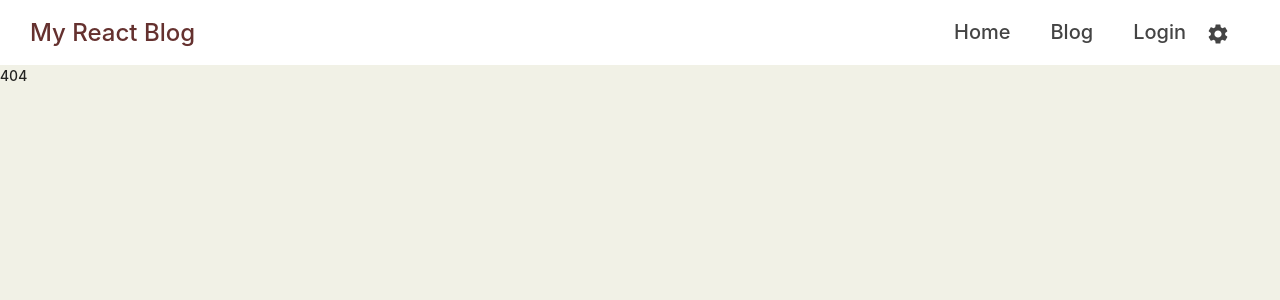
Repository: Kaycee-attah/react_blog
Page: /
The author's editor kept a copy of each file at every save. The page is drawn from the files as they stood at one save, then again after the next save.
The browser window is 1280 px wide. The pictures show the whole page.
The project was rebuilt for these pictures with package versions that can differ from the ones it lists, and the page was loaded fresh each time.

Above is the page before, as saved 2021-10-09 19:55:10.

### src/index.js
import React from 'react';
import ReactDOM from 'react-dom';
import App from './App';
import reportWebVitals from './reportWebVitals';
import './assets/scss/base.scss';
import 'antd/dist/antd.css';
import "@quasar/extras/ionicons-v4/ionicons-v4.css";

ReactDOM.render(
  <React.StrictMode>
    <App />
  </React.StrictMode>,
  document.getElementById('root')
);

// If you want to start measuring performance in your app, pass a function
// to log results (for example: reportWebVitals(console.log))
// or send to an analytics endpoint. Learn more: https://bit.ly/CRA-vitals
reportWebVitals();

### src/App.js
import React, { useState, useEffect } from "react";
import Navigation from "./components/navigation";
import {BrowserRouter as Router, Switch, Route, Redirect} from 'react-router-dom';
import PageRenderer from "./page-renderer";
import {usersSelectedModeContext} from "./contexts/usersSelectedModeContext";
import {sidebarContext} from "./contexts/sidebarContext";
import { settingsContext } from "./contexts/settingsContext";
import {SwipeProvider} from "./contexts/swipeContext";

function App() {
  const [darkMode, setDarkMode] =useState(getInitialMode());
  const [menuActive, setMenuActive] = useState(false);
  const [settingsMenu, setSettingsMenu] = useState(false);
  useEffect(() => {
    localStorage.setItem('darkMode', JSON.stringify(darkMode));
    // return () => {
    //     cleanup
    // }
}, [darkMode])

function getInitialMode() {
    const savedMode = JSON.parse(localStorage.getItem('darkMode'));
    return savedMode || false;
};
  return (
    <Router>
      <div className={darkMode ? "App-darkMode" : "App-lightMode"}>
        <usersSelectedModeContext.Provider value={{darkMode, setDarkMode}}>
          <sidebarContext.Provider value={{menuActive, setMenuActive}}>
            < settingsContext.Provider value={{settingsMenu, setSettingsMenu}} >
              <SwipeProvider>
                <Navigation/>
                <Switch>
                  <Route path="/:page" component={PageRenderer} />
                  <Route path="/" render={() => <Redirect to="/home" />} />
                  <Route component={() => 404} />
                </Switch>
              </SwipeProvider>
            </settingsContext.Provider>
          </sidebarContext.Provider>
        </usersSelectedModeContext.Provider>
      </div>
    </Router>

  );
}

export default App;

### src/assets/scss/base.scss
 @import './_variables';
 @import './_navigation';

 .App-darkMode {
    background-color: #1b2938;
 };

 .App-darkMode nav{
    background-color: #1b2938;
 };

 .App-darkMode nav .settings-dropDown-Menu-Card-true .settings-dropDown-Menu{
    background-color: #1b2938;
 };

 @media screen and (max-width: 900px) {
   .App-darkMode nav .menu-content-container {
      background-color: #1b2938;
   }
 }

 html body{
     font-family: -apple-system, BlinkMacSystemFont, 'Segoe UI', Roboto, Oxygen, Ubuntu, Cantarell, 'Open Sans', 'Helvetica Neue', sans-serif;
     font-weight: 500;
     margin: 0;
     background-color: $body-background-color;
 };

### src/components/navigation.js
import React, { useContext } from "react";
import { IoIosMenu } from "react-icons/io"
import { Sidebar } from "./Sidebar";
import { sidebarContext } from "../contexts/sidebarContext";
import { useSwipe } from "../contexts/swipeContext";
import { AiOutlineMore } from "react-icons/ai";
import { MdOutlineMenuOpen } from "react-icons/md";
import { settingsContext } from "../contexts/settingsContext";
import { Avatar } from 'antd';
import { UserOutlined } from '@ant-design/icons';
import { MdLightMode, MdNightlight } from "react-icons/md";
import { usersSelectedModeContext } from "../contexts/usersSelectedModeContext";

export default function Navigation(){
    const {menuActive, setMenuActive} = useContext(sidebarContext);
    const {settingsMenu, setSettingsMenu} = useContext(settingsContext);
    const {darkMode, setDarkMode} = useContext(usersSelectedModeContext);
    const { handleTouchStart } = useSwipe();
    const { handleTouchEnd } = useSwipe();
    const { handleTouchMove } = useSwipe();

    function handleMore() {
        setSettingsMenu(!settingsMenu);
    };
    return(

        <nav onTouchStart={handleTouchStart} onTouchEnd={handleTouchEnd} onTouchMove={handleTouchMove} className='Blog-Navigation'>
            <span onClick={() => setMenuActive(!menuActive)} className={`menu-icon ${!menuActive && 'active'}`}>
                <IoIosMenu style={{display: !menuActive ? "flex" : "none", color: menuActive ? "#65312F" : "null"}}/>
                <MdOutlineMenuOpen style={{display: menuActive ? "flex" : "none", color: menuActive ? "#092c3e" : "null"}}/>
            </span>
            <span className="menu-title">My React Blog</span>
            <span className={`more-icon`} onClick={handleMore}>
                <AiOutlineMore />
            </span>
            <div className={`more-icon-dropDown-Menu-Card-${settingsMenu}`}>
                        <div className="more-icon-dropDown-Menu">
                            <div className="users-avatar">
                                <Avatar icon={<UserOutlined />} size={38}/>
                                <span className="users-avatar-name">Attah Kelechi</span>
                            </div>
                            <div className="toggle-mode-wrapper">
                                <div className="toggle-mode-container">
                                    <MdLightMode />
                                    <label>
                                        <input checked={darkMode} type="checkbox"/>
                                        <span onClick={() => setDarkMode(prevMode => !prevMode)} className="check"></span>
                                    </label>
                                    <MdNightlight />
                                </div>
                            </div>
                        </div>
                    </div>
            <Sidebar />
        </nav>
    )
}

### src/page-renderer.js
import React from 'react';
import { useRouteMatch } from 'react-router-dom';

const generatePage = page => {
    const component = () => require(`./pages/${page}`).default

/*---------            this generates each page dynamically         ---------*/
    try {
        return React.createElement(component())
    } catch (error) {
        console.warn(error);
 /*---------            this creates the 404 page seen         ---------*/
        return React.createElement(() => 404)
    }
}

export default function PageRenderer() {

    const {
        params: { page }
    } = useRouteMatch()

    return generatePage(page)
}

### src/contexts/usersSelectedModeContext.js
import { createContext } from "react";

export const usersSelectedModeContext = createContext(null);

### src/contexts/sidebarContext.js
import { createContext } from "react";

export const sidebarContext = createContext(false);

### src/contexts/settingsContext.js
import { createContext } from "react";

export const settingsContext = createContext(null);

### src/contexts/swipeContext.js
import React, { useContext, useState } from 'react';
import { sidebarContext } from './sidebarContext';

const SwipeAbleContext = React.createContext();

export function useSwipe() {
    return useContext(SwipeAbleContext);
}

export function SwipeProvider({ children }) {
    const {menuActive, setMenuActive} = useContext(sidebarContext);
    const [touchStart, setTouchStart] = useState(0);
    const [touchEnd, setTouchEnd] = useState(0);

    function handleTouchStart(e) {
        setTouchStart(e.targetTouches[0].clientX)
    };

    function handleTouchMove(e) {
        setTouchEnd(e.targetTouches[0].clientX)
    };

    function handleTouchEnd() {
        if(touchStart - touchEnd > 150 && menuActive) {
            setMenuActive(false)

        }

        if(touchStart - touchEnd < -150 && !menuActive) {
            setMenuActive(true);

        }
    }


    const value = {
        handleTouchStart,
        handleTouchEnd,
        handleTouchMove
    }

    return (
        <SwipeAbleContext.Provider value={value}>
            {children}
        </SwipeAbleContext.Provider>
    )
}

### src/assets/scss/_variables.scss
/*      ----------      all colors for different points in the appliation(normal screen size eg laptops)      -----------------------------------------      */
$body-background-color: #F1F1E6;
$title-text-color: #65312F;
$text-color: #65312F;
$input-type-checkbox-Checked: #f8f8f8;
$navigation-link-color-onHover: #2997ff;
$navigation-link-color: #444;
$navigation-background-color: white;
$settings-dropDown-Menu-Card-backGroundColor: #f8f8f8;
$settings-dropDown-Menu-backGroundColor: white;
$toggle-checkbox-darkMode-backgroundColor: #092c3e;
$toggle-checkbox-lightMode-backgroundColor: #f8f8f8;
$toggle-checkbox-lightMode-check-before-backgroundColor: #f8f8f8;
$toggle-checkbox-darkMode-check-after-backgroundColor: #092c3e;

/*      ----------      all colors for different points in the appliation(smaller screen sizes eg mobile devies, tablets)      -----------------------------------------      */
$sideBar-backgroundColor: #65312F;
$text-colors-for-smaller-screen-sizes: #ffffff;

### src/assets/scss/_navigation.scss
.Blog-Navigation {
    height: 65px;
    width: 100%;
    background: $navigation-background-color;
    display: flex;
    justify-content: space-between;
    color: $navigation-link-color;

    .more-icon {
        display: none;
    };

    .more-icon-dropDown-Menu-Card-true {
        display: none;
    };

    .more-icon-dropDown-Menu-Card-false {
        display: none;
    }

    .menu-title {
        font-size: 24px;
        font-weight: 500;
        display: flex;
        align-items: center;
        margin-left: 30px;
        color: $title-text-color;
    };

    .menu-content-container {
        display: flex;
        align-items: center;
        padding-right: 30px;
        ul {
            height: 100%;
            margin-block-start: 0;
            margin-block-end: 0;
            padding-inline-start: 0;
            display: flex;
            align-items: center;
            list-style-type: none;
            padding-right: 20px;

            a {
                text-decoration: none;
                padding: 0 20px 0 20px;
                font-size: 20px;
                color: $navigation-link-color;

                &:hover {
                    color: $navigation-link-color-onHover;
                };

            };

            .settings-icon {
                margin-top: 10px;
                font-size: 24px;
                font-weight: 500;
                position: relative;
            };

            .settings-dropDown-Menu-Card-true {
                background-color: $settings-dropDown-Menu-Card-backGroundColor;
                position: absolute;
                display: flex;
                justify-content: center;
                align-items: center;
                height: 150px;
                width: 20%;
                right: 1%;
                top: 65px;
                border-radius: 7px;


                .settings-dropDown-Menu {
                    background-color: $settings-dropDown-Menu-backGroundColor;
                    height: 84%;
                    width: 94%;
                    display: flex;
                    flex-direction: column;
                    justify-content: space-around;
                    align-items: center;
                    border-radius: 7px;
                    box-sizing: border-box;
                    box-shadow: 0 9px 12px rgba(0, 0, 0, 0.16), 0 3px 6px rgba(0, 0, 0, 0.23);

                    .users-avatar {
                        padding-top: 8px;
                        display: flex;
                        flex-direction: column;
                        justify-content: space-around;
                        align-items: center;
                        height: 60%;
                        width: 100%;

                        .ant-avatar {
                            border: 1px solid
                        };
                        .ant-avatar-icon {
                            margin: 0;

                            .anticon {
                                margin: 3.3px
                            }
                        }
                        .users-avatar-name {
                            font-size: 16.5px
                        };
                    };

                    .toggle-mode-wrapper {
                        height: 100%;
                        width: 100%;
                        display: flex;
                        justify-content: center;
                        align-items: center;

                        .toggle-mode-container {
                            height: 100%;
                            width: 80%;
                            display: flex;
                            flex-direction: row;
                            justify-content: space-around;
                            align-items: center;
                            border-top: 3px solid #f5f2f2;
                            padding-top: 4px;

                            input[type="checkbox"] {
                                -webkit-appearance: none;
                                visibility: hidden;
                                display: none;
                            };

                            .check {
                                position: relative;
                                display: block;
                                width: 40px;
                                height: 20px;
                                background: $toggle-checkbox-darkMode-backgroundColor;
                                cursor: pointer;
                                border-radius: 20px;
                                overflow: hidden;
                                transition: ease-in 0.5s
                            };

                            input[type="checkbox"]:checked ~ .check {
                                background: $input-type-checkbox-Checked;
                            };

                            .check:before {
                                content: "";
                                position: absolute;
                                top: 2px;
                                left: 2px;
                                background: $toggle-checkbox-lightMode-check-before-backgroundColor;
                                width: 16px;
                                height: 16px;
                                border-radius: 50%;
                                transition: 0.5s
                            };

                            input[type="checkbox"]:checked ~ .check:before {
                                transform: translateX(20px)
                            };

                            .check::after {
                                content: "";
                                position: absolute;
                                top: 2px;
                                left: 2px;
                                background: $toggle-checkbox-darkMode-check-after-backgroundColor;
                                width: 16px;
                                height: 16px;
                                border-radius: 50%;
                                transition: 0.5s;
                                transform: translateX(-20px)
                            };

                            input[type="checkbox"]:checked ~ .check::after {
                                transform: translateX(20px)
                            }
                        };
                    };
                };
            };

            .settings-dropDown-Menu-Card-false {
                display: none;
            };
        };
    };

    .menu-icon {
        margin-top: 10px;
        font-size: 33px;
        display: none;
        cursor: pointer
    };

};

@media screen and (max-width: 900px) {
    .Blog-Navigation {
        // position: relative;
        color: $text-colors-for-smaller-screen-sizes;

        .menu-icon {
            display: flex;
            margin-left: 10px;
            margin-top: 0;
            justify-content: flex-end;
            align-items: center;
            position: relative;
            color: $text-color;

            // &.active {
            //     display: flex;
            //     margin-left: 10px;
            //     margin-top: 0;
            //     justify-content: flex-end;
            //     align-items: center;

            // };
        };

        .menu-title {
            margin-left: 0;


        };
        .more-icon {
            display: flex;
            font-size: 32px;
            justify-content: center;
            align-items: center;
            margin-right: 10px;
            position: relative;
            cursor: pointer;
        };

        .more-icon-dropDown-Menu-Card-true {
            background-color: $settings-dropDown-Menu-Card-backGroundColor;
            position: absolute;
            display: flex;
            justify-content: center;
            align-items: center;
            height: 150px;
            width: 50%;
            right: 1%;
            top: 65px;
            border-radius: 7px;


            .more-icon-dropDown-Menu {
                background-color: $settings-dropDown-Menu-backGroundColor;
                height: 84%;
                width: 94%;
                display: flex;
                flex-direction: column;
                justify-content: space-around;
                align-items: center;
                border-radius: 7px;
                box-sizing: border-box;
                box-shadow: 0 9px 12px rgba(0, 0, 0, 0.16), 0 3px 6px rgba(0, 0, 0, 0.23);

                .users-avatar {
                    padding-top: 8px;
                    display: flex;
                    flex-direction: column;
                    justify-content: space-around;
                    align-items: center;
                    height: 60%;
                    width: 100%;

                    .ant-avatar {
                        border: 1px solid
                    };
                    .ant-avatar-icon {
                        margin: 0;

                        .anticon {
                            margin: 3.3px
                        }
                    }
                    .users-avatar-name {
                        font-size: 16.5px
                    };
                };

                .toggle-mode-wrapper {
                    height: 100%;
                    width: 100%;
                    display: flex;
                    justify-content: center;
                    align-items: center;

                    .toggle-mode-container {
                        height: 100%;
                        width: 80%;
                        display: flex;
                        flex-direction: row;
                        justify-content: space-around;
                        align-items: center;
                        border-top: 3px solid #f5f2f2;
                        padding-top: 4px;

                        input[type="checkbox"] {
                            -webkit-appearance: none;
                            visibility: hidden;
                            display: none;
                        };

                        .check {
                            position: relative;
                            display: block;
                            width: 40px;
                            height: 20px;
                            background: $toggle-checkbox-darkMode-backgroundColor;
                            cursor: pointer;
                            border-radius: 20px;
                            overflow: hidden;
                            transition: ease-in 0.5s
                        };

                        input[type="checkbox"]:checked ~ .check {
                            background: $input-type-checkbox-Checked;
                        };

                        .check:before {
                            content: "";
                            position: absolute;
                            top: 2px;
                            left: 2px;
                            background: $toggle-checkbox-lightMode-check-before-backgroundColor;
                            width: 16px;
                            height: 16px;
                            border-radius: 50%;
                            transition: 0.5s
                        };

                        input[type="checkbox"]:checked ~ .check:before {
                            transform: translateX(20px)
                        };

                        .check::after {
                            content: "";
                            position: absolute;
                            top: 2px;
                            left: 2px;
                            background: $toggle-checkbox-darkMode-check-after-backgroundColor;
                            width: 16px;
                            height: 16px;
                            border-radius: 50%;
                            transition: 0.5s;
                            transform: translateX(-20px)
                        };

                        input[type="checkbox"]:checked ~ .check::after {
                            transform: translateX(20px)
                        }
                    };
                };
            };
        };

        .more-icon-dropDown-Menu-Card-false {
            display: none;
        };

        .menu-content-container {
            width: 300px;
            height: calc(100% - 65px);
            background: $sideBar-backgroundColor;
            position: absolute;
            top: 65px;
            left: -300px;
            transition: 300ms ease left;
            flex-direction: column-reverse;
            padding: 0;

            &.active {
                left: 0px;
            };

            li {
                height: 65px;
                display: flex;
                align-items: center;
                justify-content: center;

                a {
                    width: 100%;
                    padding: 0;
                    display: flex;
                    align-items: center;
                    justify-content: center;
                    color: $text-colors-for-smaller-screen-sizes;

                };
            }

            ul {
                flex-direction: column;
                // justify-content: flex-start;
                padding: 30px 0 0 0;


                .settings-icon {
                    display: none;
                };

                .settings-dropDown-Menu-Card-true {
                    display: none;
                };

                .settings-dropDown-Menu-Card-false {
                    display: none;
                };
            };

            ul,li{
                width: 100%;
            }

        };
    };
};

@media screen and (max-width: 400px) {
    .Blog-Navigation {

        .more-icon-dropDown-Menu-Card-true {
            width: 80%;
        };

        .menu-content-container {
            width: 230px;
        }
    };
};

### src/components/Sidebar.js
import React,{ useContext } from 'react';
import { Link } from "react-router-dom";
import { Avatar } from 'antd';
import { UserOutlined } from '@ant-design/icons';
import { MdLightMode, MdNightlight, MdSettings } from "react-icons/md";
import { usersSelectedModeContext } from "../contexts/usersSelectedModeContext";
import {sidebarContext} from "../contexts/sidebarContext";
import { settingsContext } from '../contexts/settingsContext';

const navigation_links = [
    {
        title: 'Home',
        path: './'
    },
    {
        title: 'Blog',
        path: './blog'
    },
    {
        title: 'Login',
        path: './login'
    }
]

export function Sidebar() {
    const {settingsMenu, setSettingsMenu} = useContext(settingsContext);
    const {darkMode, setDarkMode} = useContext(usersSelectedModeContext);
    const {menuActive} = useContext(sidebarContext);

    // const handleClick = useCallback((e) => {
    //     if (node1.current.contains(e.target)) {
    //         setMenuActive(true);
    //     };
    //   },[setMenuActive]);

    // useEffect(() => {
    //     // add when mounted
    //     document.addEventListener("touchstart", handleClick);
    //     // return function to be called when unmounted
    //     return () => {
    //       document.removeEventListener("touchend", handleClick);
    //     };
    //   }, [handleClick]);

    function handleSettings() {
        setSettingsMenu(!settingsMenu);
    };
    return (
        <div className={`menu-content-container ${menuActive && 'active'}`}>
                <ul>
                    {
                        navigation_links.map((link, index) => (
                            <li key={index}>
                                <Link to={link.path}>{link.title}</Link>
                            </li>
                        ))
                    }
                    <span className="settings-icon" onClick={handleSettings}>
                        <MdSettings />

                    </span>
                    <div className={`settings-dropDown-Menu-Card-${settingsMenu}`}>
                        <div className="settings-dropDown-Menu">
                            <div className="users-avatar">
                                <Avatar icon={<UserOutlined />} size={38}/>
                                <span className="users-avatar-name">Attah Kelechi</span>
                            </div>
                            <div className="toggle-mode-wrapper">
                                <div className="toggle-mode-container">
                                    <MdLightMode />
                                    <label>
                                        <input checked={darkMode} type="checkbox"/>
                                        <span onClick={() => setDarkMode(prevMode => !prevMode)} className="check"></span>
                                    </label>
                                    <MdNightlight />
                                </div>
                            </div>
                        </div>
                    </div>
                </ul>
            </div>
    )
}

Loaded but not shown: src/reportWebVitals.js (common file)

After the next save:
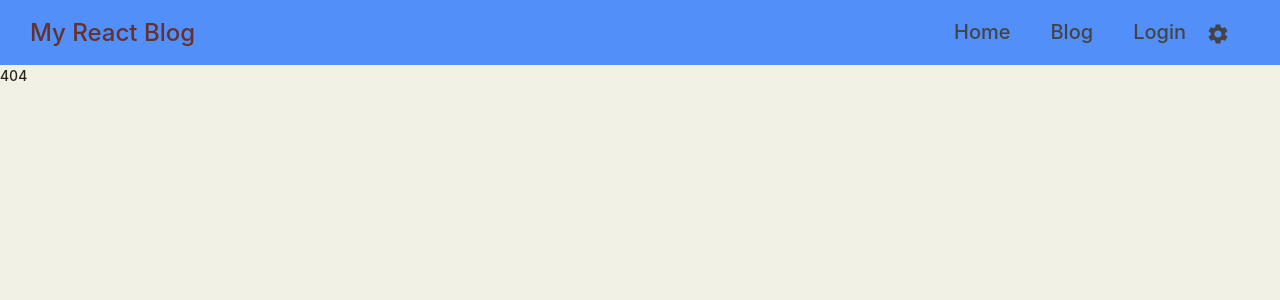
Saved 42 min 17 s later.
--- a/src/assets/scss/_variables.scss
+++ b/src/assets/scss/_variables.scss
@@ -5,7 +5,7 @@ $text-color: #65312F;
 $input-type-checkbox-Checked: #f8f8f8;
 $navigation-link-color-onHover: #2997ff;
 $navigation-link-color: #444;
-$navigation-background-color: white;
+$navigation-background-color: #538FF8;
 $settings-dropDown-Menu-Card-backGroundColor: #f8f8f8;
 $settings-dropDown-Menu-backGroundColor: white;
 $toggle-checkbox-darkMode-backgroundColor: #092c3e;
